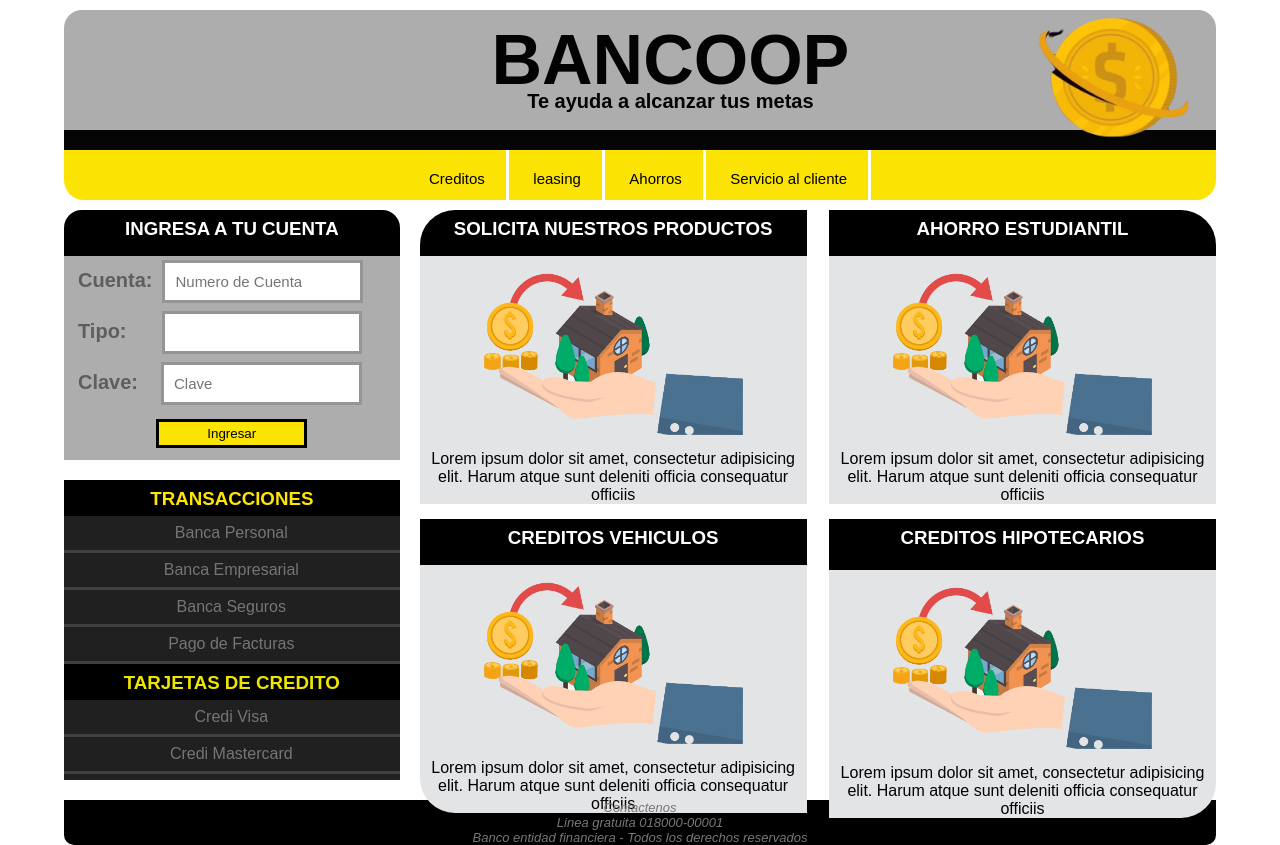
Repository: NickArregoces/BANCOOP
Page: Index.html
An editor plug-in stored every save of this project. The page is shown before and after the next save, followed by the edit.
The browser window is 1280 px wide. The pictures show the whole page.

Above is the page before, as saved 2021-10-04 17:50:40.

### Index.html
<!DOCTYPE html>
<html lang="en">
<head>
    <meta charset="UTF-8">
    <meta http-equiv="X-UA-Compatible" content="IE=edge">
    <meta name="viewport" content="width=device-width, initial-scale=1.0">
    <title>BANCOOP Home</title>
    <link rel="stylesheet" href="/CSS/Style.css">

</head>
<body>
    <div id="head">
        <header>
            <div class="image">
                <img src="/Images/logo.png" alt="logo">
            </div>
            <div class="title" >
                <h1>BANCOOP</h1>
                <h3>Te ayuda a alcanzar tus metas</h3>
            </div>

        </header>

        <nav class="barra"></nav>

        <div class="navegador">
            <ul class="menu">
                <li><a href="#">Creditos</a></li>
                <li><a href="#">leasing</a></li>
                <li><a href="#">Ahorros</a></li>
                <li><a href="#">Servicio al cliente</a></li>
            </ul>
        </div>

    </div>
        <div id="Contenido">
            <div class="section">
                <form action="" class="login">
                    <h3 style="color: rgb(255, 255, 255);">INGRESA A TU CUENTA</h3>
                        <div class="cuenta">
                            <h4>Cuenta:<input type="number" placeholder="Numero de Cuenta" required></h4>
                        </div>

                        <div class="tipo">
                            <h4>Tipo:<input type="text" required></h4>
                        </div>

                        <div class="clave">
                            <h4>Clave:<input type="password" placeholder="Clave" required></h4>
                        </div>

                    <div class="center">
                        <button class="sumbit"> Ingresar </button>
                    </div>

                </form>

                <article class="opciones">
                    <h3 style="color: rgb(255, 230, 0);">TRANSACCIONES</h3>
                    <li><a href="#">Banca Personal</a></li>
                    <li><a href="#">Banca Empresarial</a></li>
                    <li><a href="#">Banca Seguros</a></li>
                    <li><a href="#">Pago de Facturas</a></li>

                    <h3 style="color: rgb(238, 230, 0);">TARJETAS DE CREDITO</h3>
                    <li><a href="#">Credi Visa</a></li>
                    <li><a href="#">Credi Mastercard</a></li>
                </article>
            </div>

            <div id="Cuadros">
                <aside>
                    <div class="solicita">
                        <h3 style="color: rgb(255, 255, 255);">SOLICITA NUESTROS PRODUCTOS</h3>

                        <div id="Prueba">
                        <img id="Prubea" src="/Images/Wallpaper(80).jpg" alt="">
                        </div>

                        <p>Lorem ipsum dolor sit amet, consectetur adipisicing elit.
                            Harum atque sunt deleniti officia consequatur officiis</p>
                    </div>

                    <div class="ahorro">
                        <h3 style="color: rgb(255, 255, 255);">AHORRO ESTUDIANTIL</h3>

                        <div id="Prueba">
                        <img id="Prubea" src="/Images/Wallpaper(80).jpg" alt="">
                        </div>

                        <p>Lorem ipsum dolor sit amet, consectetur adipisicing elit.
                            Harum atque sunt deleniti officia consequatur officiis</p>
                    </div>

                    <div class="credito">
                        <h3 style="color: rgb(255, 255, 255);">CREDITOS VEHICULOS</h3>

                        <div id="Prueba">
                        <img id="Prubea" src="/Images/Wallpaper(80).jpg" alt="">
                        </div>

                        <p>Lorem ipsum dolor sit amet, consectetur adipisicing elit.
                            Harum atque sunt deleniti officia consequatur officiis</p>
                    </div>
                    <div class="hipotecario">
                        <h3 style="color: rgb(255, 255, 255);">CREDITOS HIPOTECARIOS</h3>

                        <div id="Prueba">
                        <img id="Prubea" src="/Images/Wallpaper(80).jpg" alt="">
                        </div>

                        <p>Lorem ipsum dolor sit amet, consectetur adipisicing elit.
                            Harum atque sunt deleniti officia consequatur officiis</p>
                    </div>
                </aside>
            </div>

            <div>
                <footer>
                        <p>Contactenos</p>
                        <p>Linea gratuita 018000-00001</p>
                        <p>Banco entidad financiera
                        - Todos los derechos reservados</p>
                </footer>
            </div>
        </div>

</body>
</html>

### CSS/Style.css

*{
    margin: 0 auto;
    padding: 0px;
    list-style:none
}
body{
    font-family: Arial, Helvetica, sans-serif;
    background: rgb(255, 255, 255);
    width: 90%;
    color: rgb(3, 3, 3);
}
header{
    width: 100%;
    margin-top: 10px;
    background: rgb(173, 173, 173);
    border-top-left-radius:  18px;
    border-top-right-radius:  18px;
    height: 120px;
}
    img{
        float: right;
        width: 200px;
    }
    .title{
        float: right;
        width: 60%;
        margin-top: 20px;
    }
    header h1{
        font-size: 70px;
        text-align: center;
        line-height: 60px;
        display: block;
    }
    header h3{
        font-size: 20px;
        text-align: center;
    }

nav.barra{
    background: rgb(5, 5, 5);
    height: 20px;
}
div.navegador{
    text-align: center;
}

    ul.menu{
        border-bottom-left-radius: 20px 20px;
        border-bottom-right-radius: 20px 20px;
        background: rgb(251, 227, 3);
        height: 50px;
        list-style: none;
        padding: 0;
        max-width: 10000px;
    }
    .menu li a{
        height: 10px;
        font-size: 15px;
        margin-right: 1px;
        text-decoration: none;
        color:black;
        padding: 20px;
        display: inline-block;
    }
    .menu li {
        border-right: solid white;
        display: inline-block;
        }
    .menu li a:hover{
        background: #242323b6;
        color: white;
        }

.section{
    width: 30%;
    float: left;

}
    form{
        background: rgb(173, 173, 173);
        border-top-left-radius: 18px;
        border-top-right-radius: 18px;
        margin-top: 10px;
        margin-right:10px;
        margin-bottom: 10px;
        height: 250px;
    }
        form h3{
            text-align: center;
            background: black;
            height: 30px;
            padding: 8px;
            border-top-left-radius: 18px;
            border-top-right-radius: 18px;
        }
        form h4{
            font-size: 20px;
            padding: 4px;
            margin-left: 10px;
            color: rgb(95, 93, 93);

        }
        form input{
            font-size: 15px;
            width: 55%;
            padding: 10px;
            display: inline;
            border: solid rgb(149, 149, 149);
            margin-left: 10px;
        }
        div.clave input {
            margin-left: 23px;
        }

        div.tipo input {
            margin-left: 35px;
        }

        div.center{
            margin-top: 10px;
            margin: auto;
            text-align: center;
            width: 50%;
            cursor: pointer;
        }
        button{
            margin-top: 10px;
            width: 90%;
            padding: 4px;
            background: rgb(251, 227, 3);
            border: solid black;
            cursor: pointer;
        }
        button:hover{
            background: #242323b6;
            color: rgb(251, 227, 3);
        }

    article {
        height: 300px;
        background: rgb(32, 32, 32);
        margin-top: 20px;
        margin-right:10px;
        margin-bottom: 10px;
    }
        article h3{
            text-align: center;
            padding: 8px;
            height: 20px;
            background: black;
        }
        .opciones li a{
            margin-right: 1px;
            text-align: center;
            text-decoration: none;
            color:rgb(117, 117, 117);
            padding: 8px;
            display: inline-block;
        }
        .opciones li {
            border-bottom: solid rgba(68, 68, 68, 0.897);
            text-align: center;
            display:inline-flexbox;
            }
        .opciones li a:hover{
            background: #242323b6;
            color: rgb(251, 227, 3);
            }

aside{
    width: 70%;
    height: 580px;
    margin-top: 10px;
    float: right;
    margin-bottom: 10px;
}
    div.solicita{
        width: 48%;
        float: left;
        border-top-left-radius: 35px;
        margin-left: 10px;
        background: #e3e4e5;
        text-align:center;

    }
        #Prueba{
            display: flex;
            align-items: center;
            justify-content: center;
        }
        div.solicita img {
            width: 260px;
            margin-top: 15px;
            margin-bottom: 15px;
        }
        div.solicita h3{
            text-align: center;
            background: black;
            height: 30px;
            padding: 8px;
            border-top-left-radius: 35px;
        }
        div.solicita p{
            display: inline-block;
            text-align: center;
        }

    div.ahorro {
        width: 48%;
        float: right;
        border-top-right-radius: 35px;
        margin-left: 10px;
        background: #e3e4e5;
     }
        div.ahorro img {
            width: 260px;
            margin-top: 15px;
            margin-bottom: 15px;
        }
        div.ahorro h3{
            text-align: center;
            background: black;
            height: 30px;
            padding: 8px;
            border-top-right-radius: 35px;
        }
        div.ahorro p{
            display: inline-block;
            text-align: center;
        }

    div.credito {
        width: 48%;
        float: left;
        margin-top: 15px;
        border-bottom-left-radius: 35px;
        margin-left: 10px;
        background: #e3e4e5;
    }
        div.credito img {
            width: 260px;
            margin-top: 15px;
            margin-bottom: 15px;
            }
            div.credito h3{
                text-align: center;
                background: black;
                height: 30px;
                padding: 8px;
            }
            div.credito p{
                display: inline-block;
                text-align: center;
            }

    div.hipotecario {
        width: 48%;
        float: right;
        border-top-right-radius: 35px;
        border-bottom-right-radius: 35px;
        margin-top: 15px;
        background: #e3e4e5;
        }
            div.hipotecario img {
                width: 260px;
                margin-top: 15px;
                margin-bottom: 15px;
            }
            div.hipotecario h3{
                text-align: center;
                background: black;
                height: 35px;
                padding: 8px;
            }
            div.hipotecario p{
                display: inline-block;
                text-align: center;
            }

footer{
    background: black;
    clear: both;
    border-bottom-left-radius: 10px;
    border-bottom-right-radius: 10px;
}
    footer p{
        font-size: 13px;
        text-align: center;
        line-height: 15px;
        color: rgb(121, 119, 119);
        font-style:italic;
    }

After the next save:
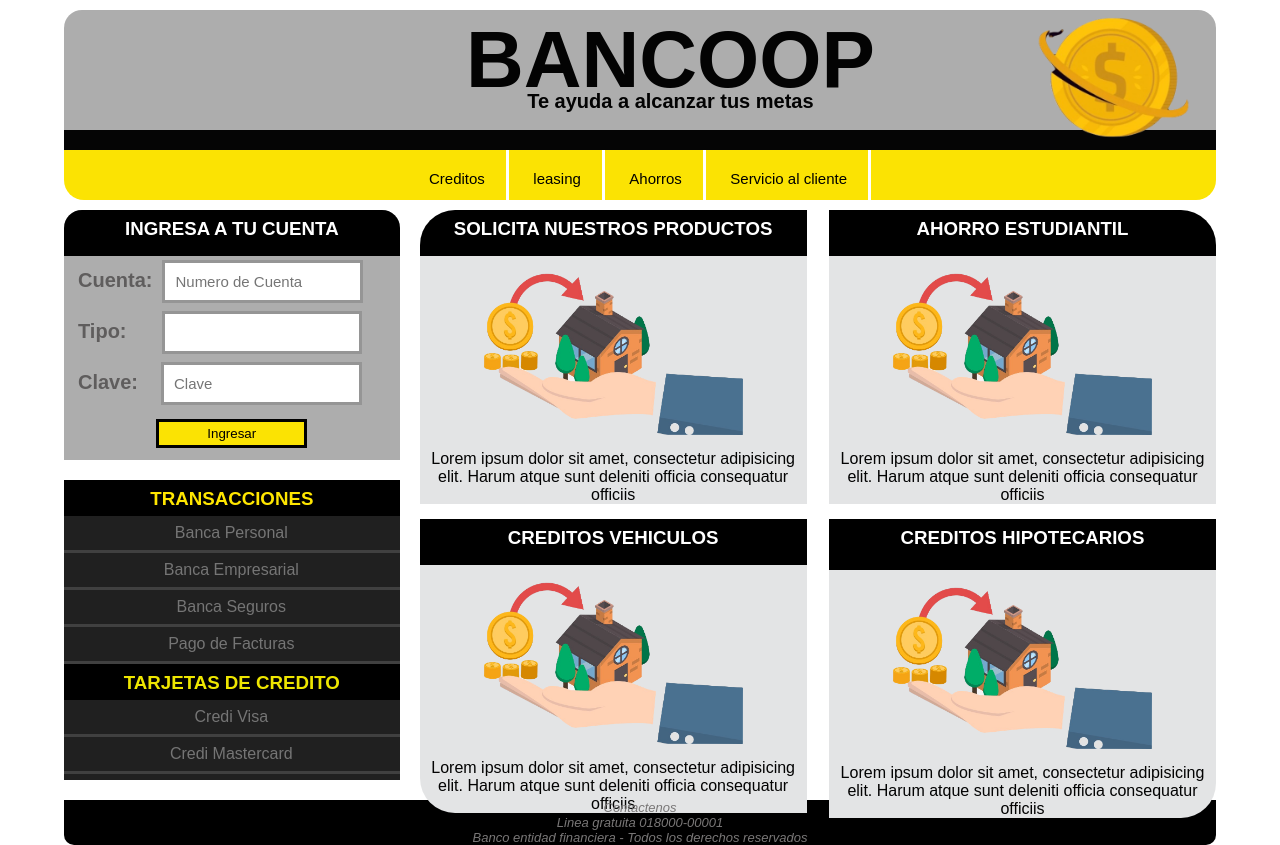
Saved 3 min 52 s later.
--- a/CSS/Style.css
+++ b/CSS/Style.css
@@ -28,7 +28,7 @@ header{
         margin-top: 20px;
     }
     header h1{
-        font-size: 70px;
+        font-size: 80px;
         text-align: center;
         line-height: 60px;
         display: block;
